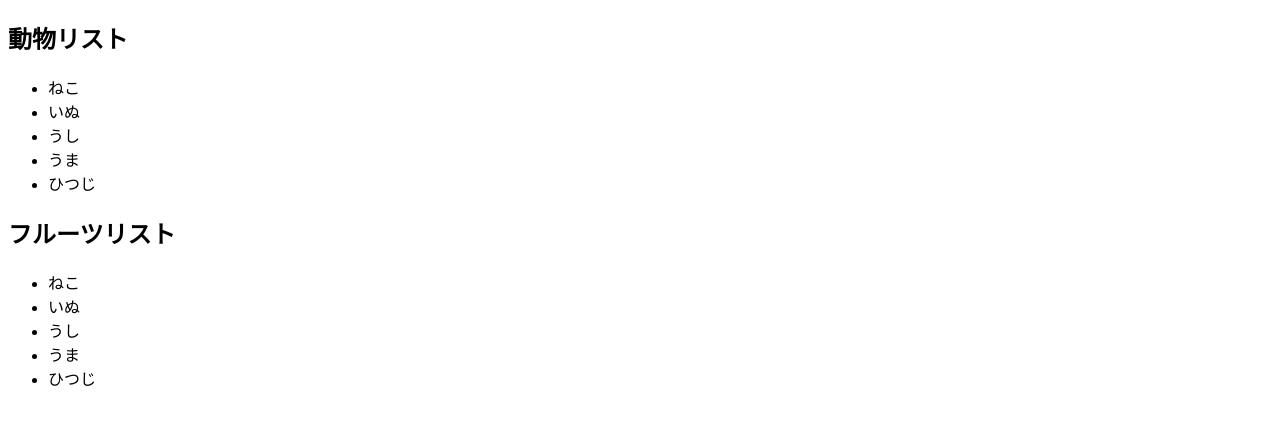
Repository: wadashuri/gourmet-website-develop
Page: js.1/07/func_sample1.html
The author's editor kept a record of every edit. The page is drawn from the files as they stood at one moment, then again after the next edit.
The browser window is 1280 px wide. The pictures show the whole page.

Above is the page before.

After the next edit:
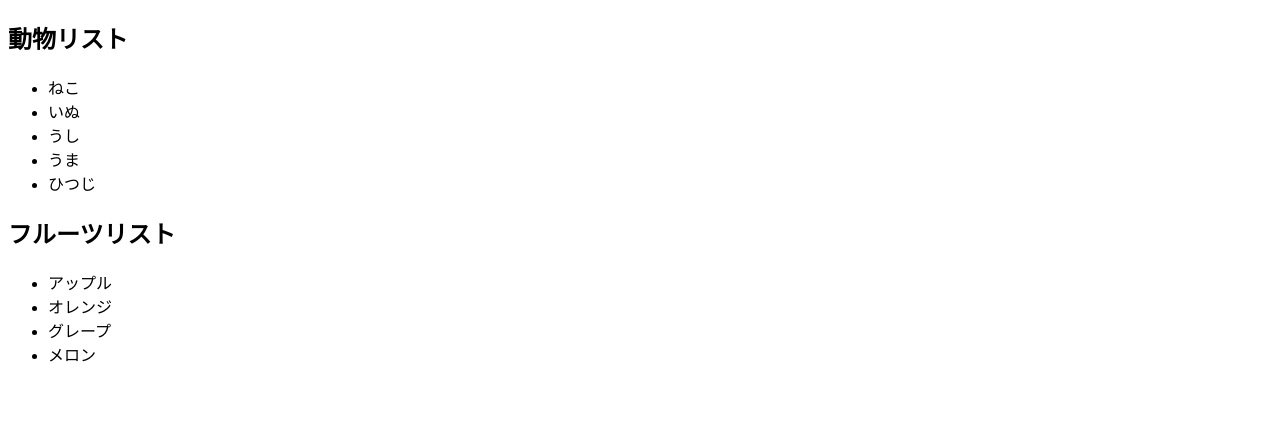
The edit:
--- a/js.1/07/func_sample1.html
+++ b/js.1/07/func_sample1.html
@@ -22,8 +22,8 @@
 
 document.write('<h2>フルーツリスト</h2>');
 document.write('<ul>');
-for (let animal of animals) {
-    document.write(`<li>${animal}</li>`);
+for (let fruit of fruits) {
+    document.write(`<li>${fruit}</li>`);
 }
 document.write('</ul>');
 

After the 2 edits that followed:
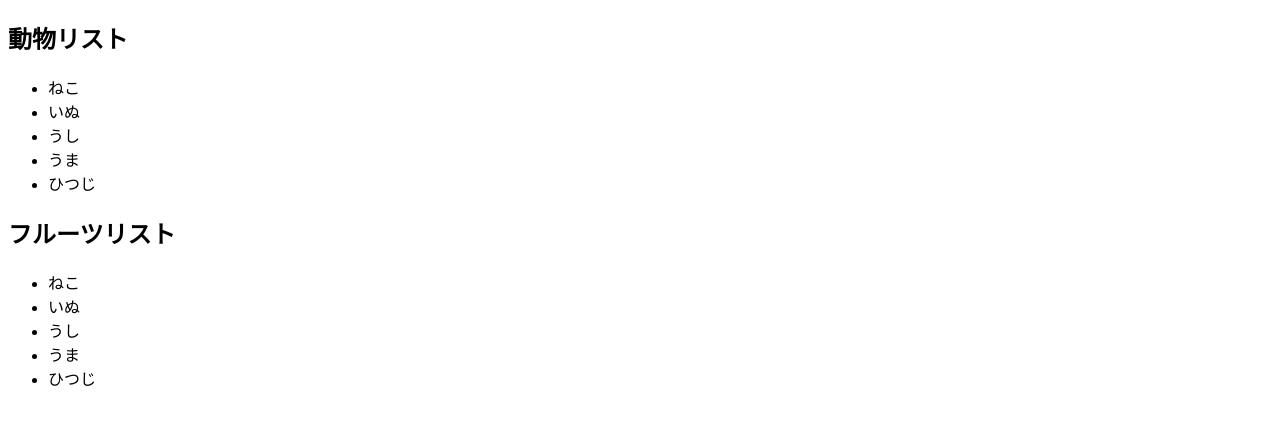
The 2 edits are shown as one change because 1 left the picture as it was.
The edit:
--- a/js.1/07/func_sample1.html
+++ b/js.1/07/func_sample1.html
@@ -13,19 +13,19 @@
 let animals = ['ねこ', 'いぬ', 'うし', 'うま', 'ひつじ'];
 let fruits = ['アップル', 'オレンジ', 'グレープ', 'メロン'];
 
+const show_list = () => {
+    document.write('<ul>');
+    for (let animal of animals) {
+        document.write(`<li>${animal}</li>`);
+    }
+    document.write('</ul>');
+};
+
 document.write('<h2>動物リスト</h2>');
-document.write('<ul>');
-for (let animal of animals) {
-    document.write(`<li>${animal}</li>`);
-}
-document.write('</ul>');
+show_list();
 
 document.write('<h2>フルーツリスト</h2>');
-document.write('<ul>');
-for (let fruit of fruits) {
-    document.write(`<li>${fruit}</li>`);
-}
-document.write('</ul>');
+show_list();
 
 </script>
 
